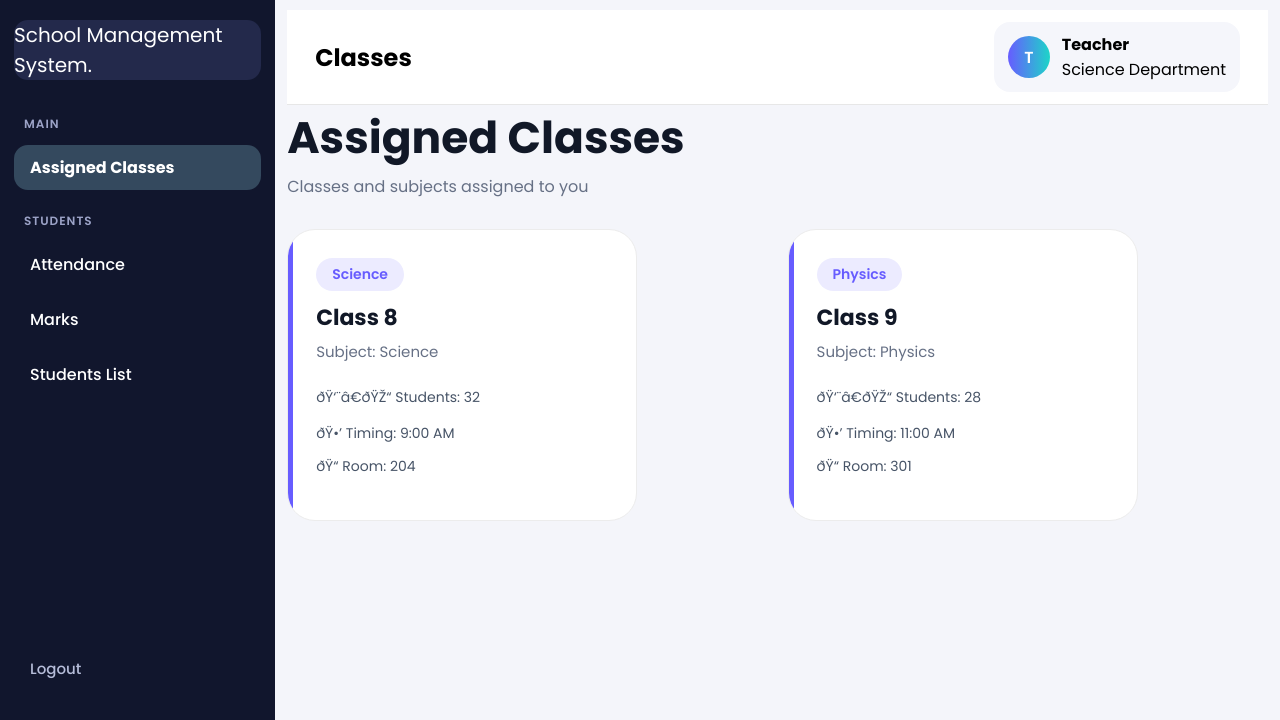
Repository: rohit-rk-07/school_management_system
Page: http://localhost/School_Management_System/teacher/assignedclass.jsp
The author's editor kept a copy of each file at every save. The page is drawn from the files as they stood at one save, then again after the next save.
The browser window is 1280 px wide. The pictures show the whole page.
The page is served by Tomcat 10.

Above is the page before, as saved 2026-05-21 08:23:41.
Console error: TypeError: Cannot read properties of null (reading 'addEventListener')

After the next save:
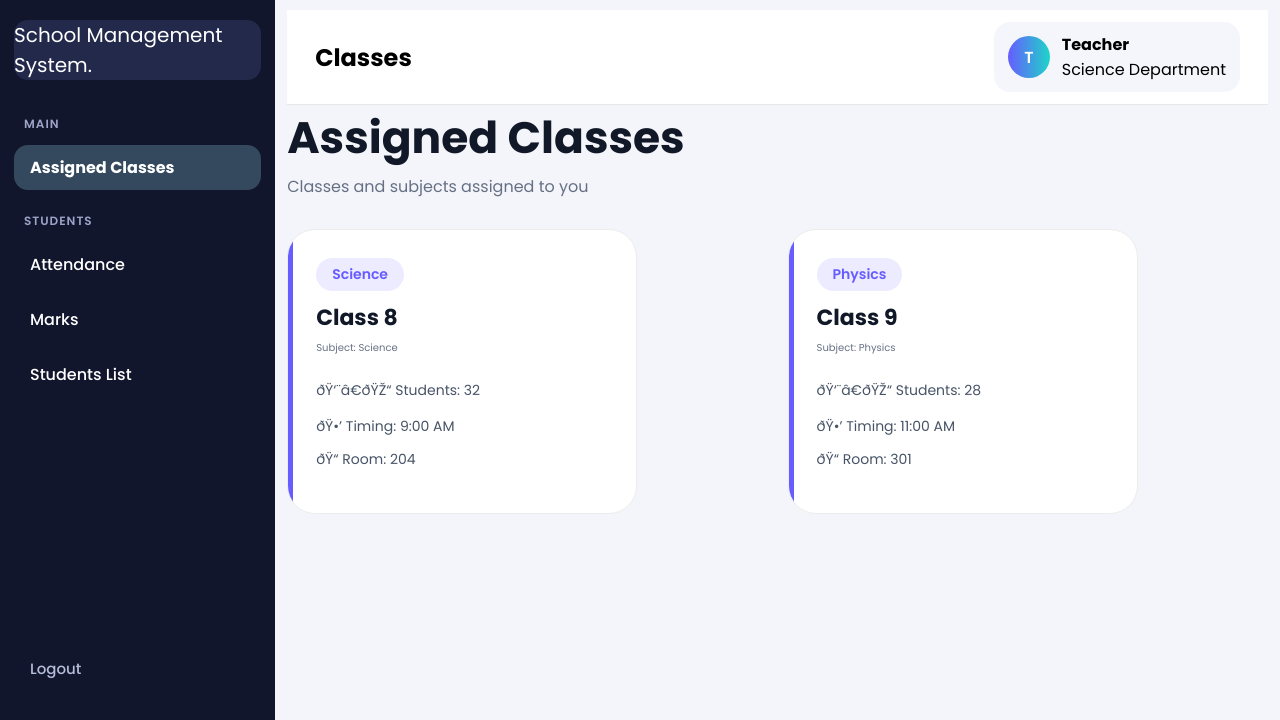
Saved 32 s later.
--- a/School_Management_System/src/main/webapp/teacher/assignedclass.jsp
+++ b/School_Management_System/src/main/webapp/teacher/assignedclass.jsp
@@ -94,7 +94,7 @@
         .assignedClassesSubject{
             color:#667085;
             margin-bottom:24px;
-            font-size:15px;
+            font-size:10px;
         }
 
         .assignedClassesInfo{
